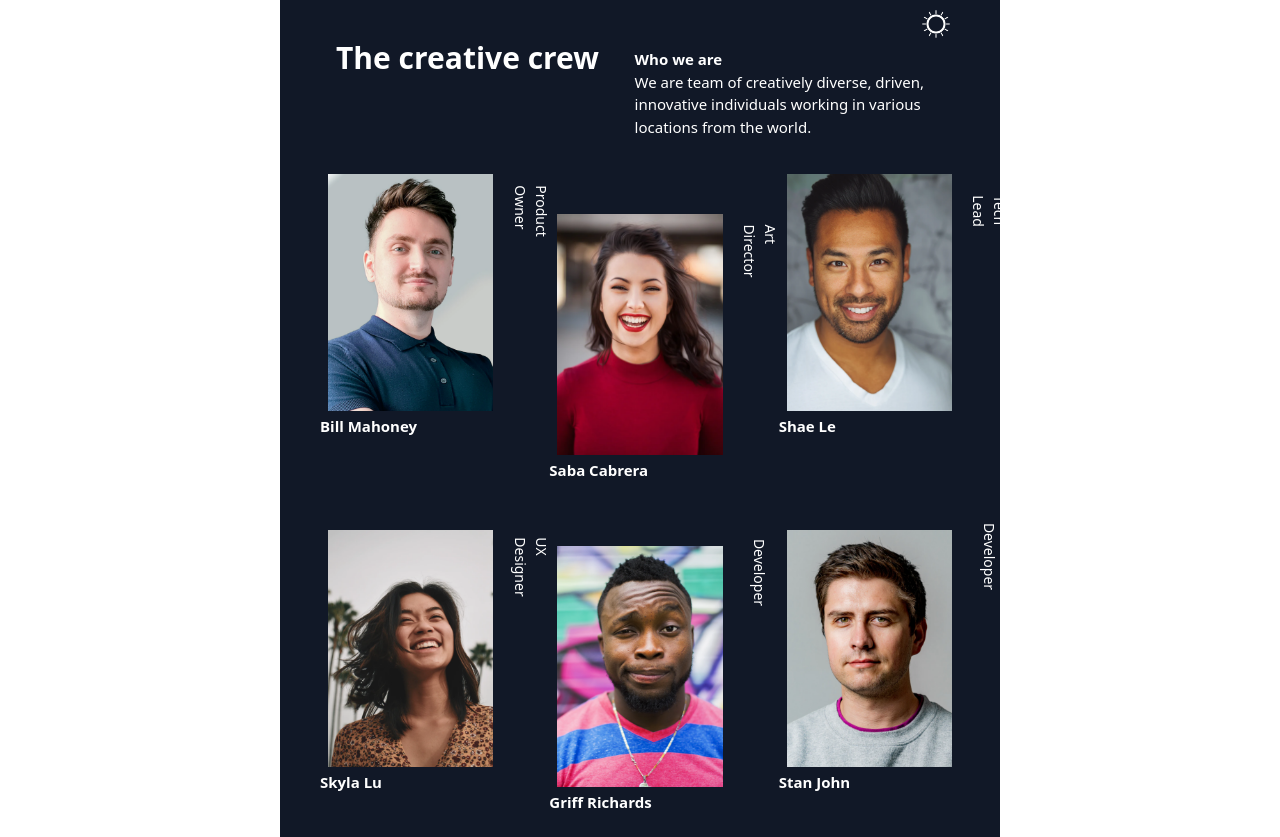
Repository: Alzate1075/Funval-G3-N2
Page: /
The author's editor kept a copy of each file at every save. The page is drawn from the files as they stood at one save, then again after the next save.
The browser window is 1280 px wide. The pictures show the whole page.
The project was rebuilt for these pictures with package versions that can differ from the ones it lists, and the page was loaded fresh each time. Also part of the build but not shown: vite.config.js.

Above is the page before, as saved 2025-07-03 11:30:46.

After the next save:
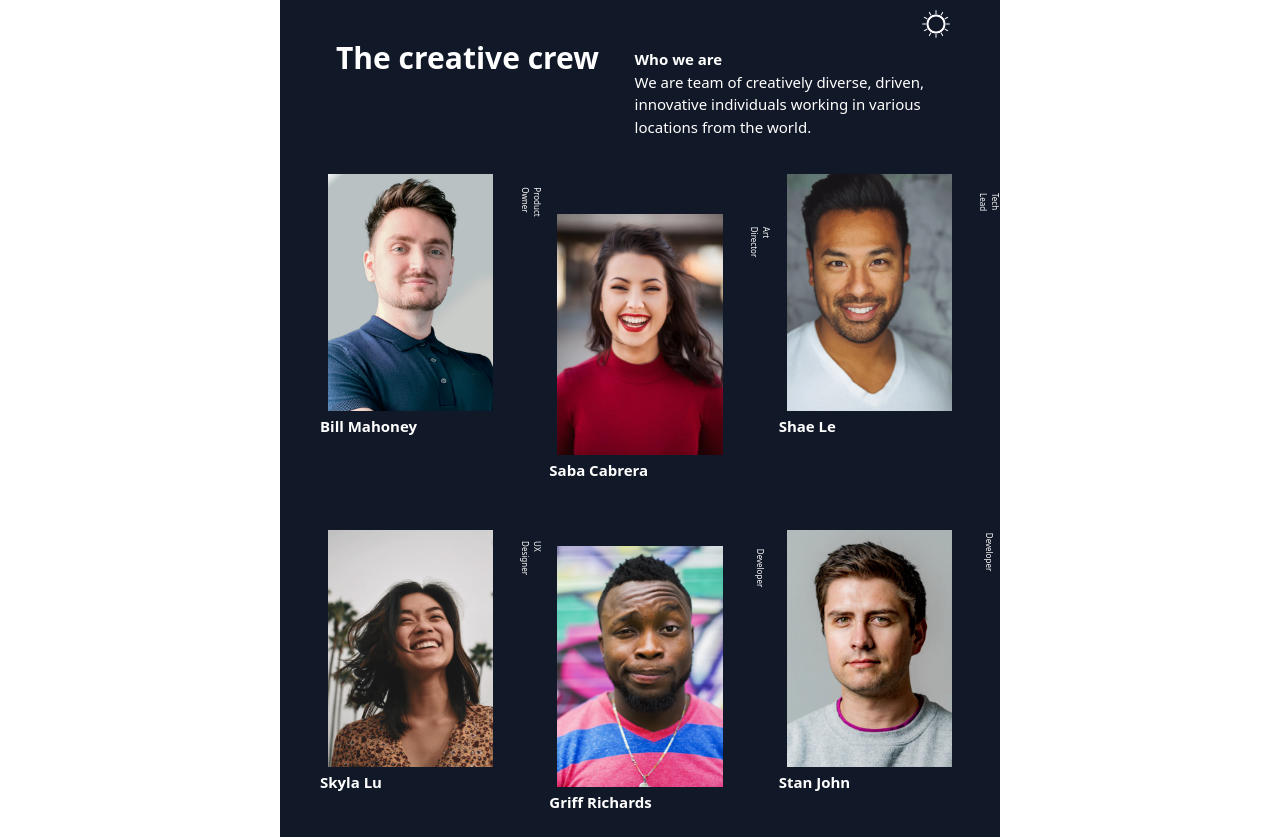
Saved 60 s later.
--- a/src/components/TeamCard.jsx
+++ b/src/components/TeamCard.jsx
@@ -4,7 +4,7 @@
     <div className={`${props.extraClass}`}>
       <div className="text-black md:text-white md:flex md:items-center md:justify-center gap-4 relative mx-6">
         <img src={props.image} alt={props.name} className="md:w-[200px] w-25" />
-        <span className="absolute rotate-90 text-[10px] top-5 md:top-4 md:text-[14px] md:ml-60 ml-25">
+        <span className="absolute rotate-90 text-[10px] top-5 md:top-4 md:text-[8px] md:ml-60 ml-25">
           {props.role}
         </span>
       </div>

After the save that followed:
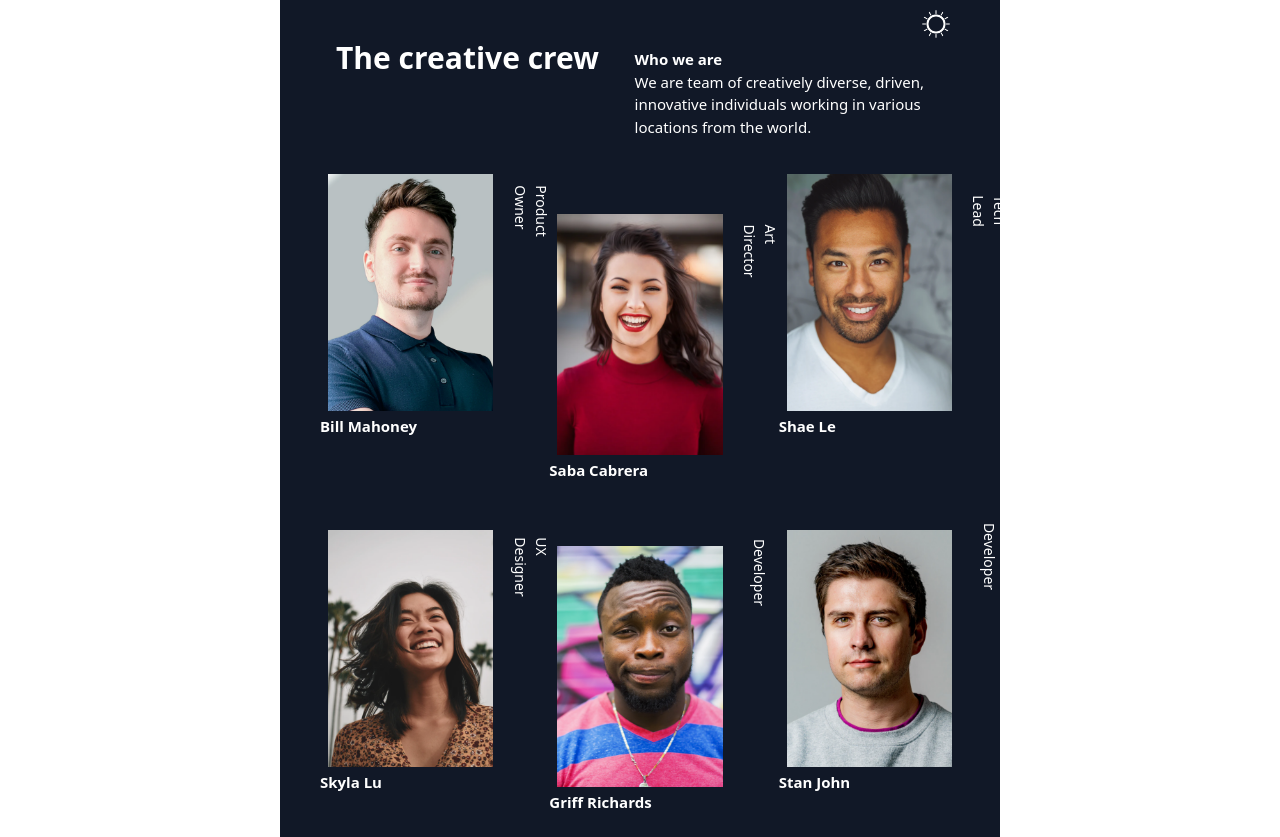
Saved 5 s later.
--- a/src/components/TeamCard.jsx
+++ b/src/components/TeamCard.jsx
@@ -4,7 +4,7 @@
     <div className={`${props.extraClass}`}>
       <div className="text-black md:text-white md:flex md:items-center md:justify-center gap-4 relative mx-6">
         <img src={props.image} alt={props.name} className="md:w-[200px] w-25" />
-        <span className="absolute rotate-90 text-[10px] top-5 md:top-4 md:text-[8px] md:ml-60 ml-25">
+        <span className="absolute rotate-90 text-[10px] top-5 md:top-4 md:text-[14px] md:ml-60 ml-25">
           {props.role}
         </span>
       </div>
